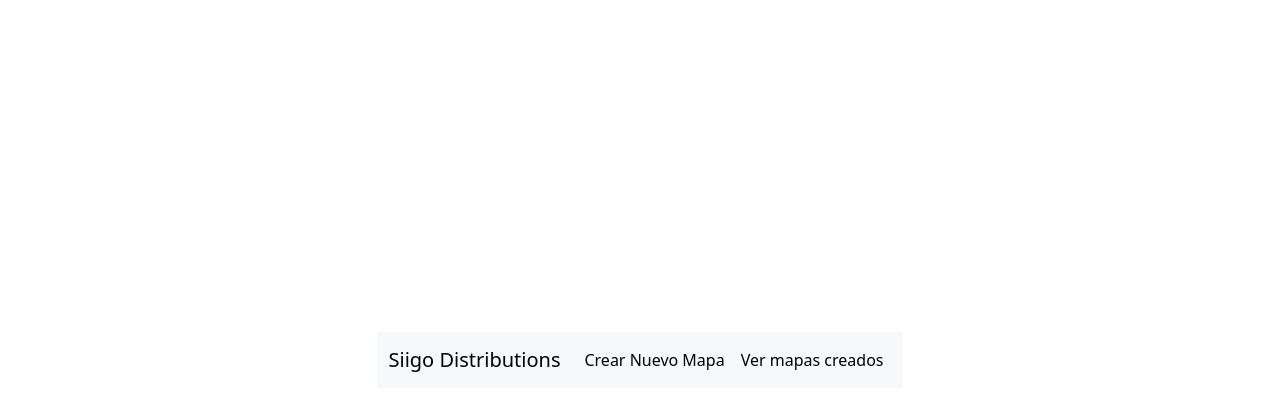
Repository: DevArthuro/Siigo-Distributions
Page: / (app in frontend/)
An editor plug-in stored every save of this project. The page is shown before and after the next save, followed by the edit.
The browser window is 1280 px wide. The pictures show the whole page.
The project was rebuilt for these pictures with package versions that can differ from the ones it lists, and the page was loaded fresh each time. Also part of the build but not shown: frontend/vite.config.js.

Above is the page before, as saved 2023-09-26 11:19:39.

### frontend/src/main.js
import { createApp } from 'vue'
import './style.css'
import App from './App.vue'

// Manage to routes
import routes from './routes'

// Import libraries to bootstrap in the folder node_modules
import 'bootstrap/dist/css/bootstrap.min.css'
import 'bootstrap/dist/js/bootstrap.bundle'


const app = createApp(App)

app.use(routes)

app.mount('#app')

### frontend/src/App.vue
<template>
    <router-view/>
</template>

### frontend/src/routes/index.js
import {createRouter, createWebHistory} from 'vue-router';
import dashboard from '../views/DashBoard.vue';

const routes = [
    {
        path: '/',
        name: 'DashBoard',
        component: dashboard
    },

];

const router = createRouter({
    history: createWebHistory(),
    routes
});

export default router;

### frontend/src/views/DashBoard.vue
<template>
    <navbar/>
</template>

<script setup>

import navbar from '../components/Navbar.vue'

</script>

### frontend/src/components/Navbar.vue
<template>
    <nav class="navbar navbar-expand-lg navbar-light bg-light">
        <div class="container-fluid">
          <a class="navbar-brand" href="#">Siigo Distributions</a>
          <button class="navbar-toggler" type="button" data-bs-toggle="collapse" data-bs-target="#navbarNavAltMarkup" aria-controls="navbarNavAltMarkup" aria-expanded="false" aria-label="Toggle navigation">
            <span class="navbar-toggler-icon"></span>
          </button>
          <div class="collapse navbar-collapse justify-content-end" id="navbarNavAltMarkup">
            <div class="navbar-nav">
              <a class="nav-link active" aria-current="page" href="#">Crear Nuevo Mapa</a>
              <a class="nav-link active" aria-current="page" href="#">Ver mapas creados</a>
            </div>
          </div>
        </div>
      </nav>
</template>

Loaded but not shown: frontend/index.html (common file); frontend/src/style.css (common file)

After the next save:
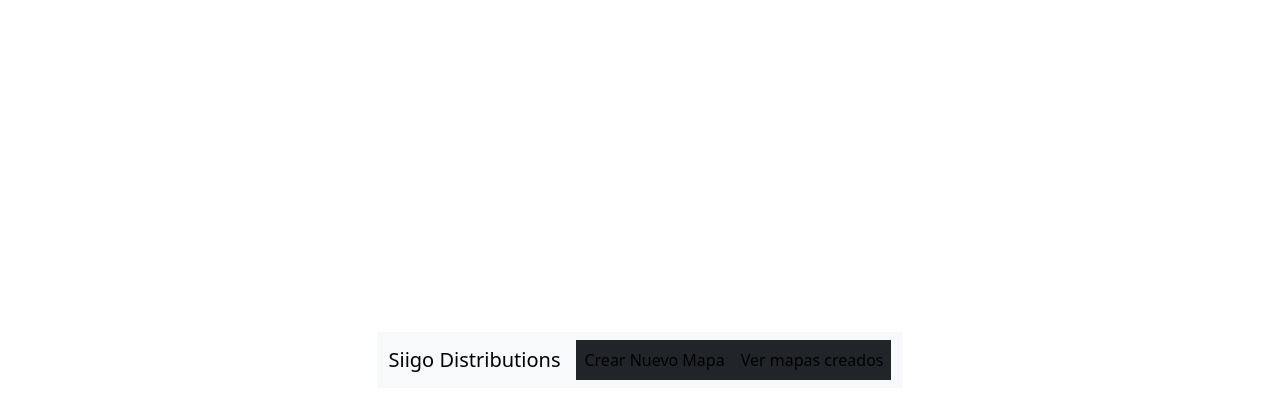
Saved 19 s later.
--- a/frontend/src/components/Navbar.vue
+++ b/frontend/src/components/Navbar.vue
@@ -5,7 +5,7 @@
           <button class="navbar-toggler" type="button" data-bs-toggle="collapse" data-bs-target="#navbarNavAltMarkup" aria-controls="navbarNavAltMarkup" aria-expanded="false" aria-label="Toggle navigation">
             <span class="navbar-toggler-icon"></span>
           </button>
-          <div class="collapse navbar-collapse justify-content-end" id="navbarNavAltMarkup">
+          <div class="collapse navbar-collapse justify-content-end bg-dark" id="navbarNavAltMarkup">
             <div class="navbar-nav">
               <a class="nav-link active" aria-current="page" href="#">Crear Nuevo Mapa</a>
               <a class="nav-link active" aria-current="page" href="#">Ver mapas creados</a>

After the save that followed:
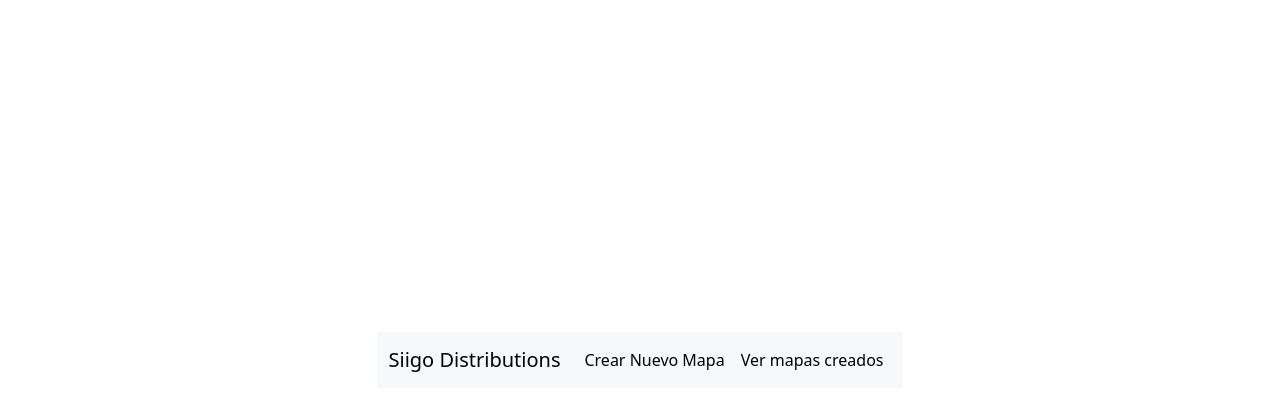
Saved 14 s later.
--- a/frontend/src/components/Navbar.vue
+++ b/frontend/src/components/Navbar.vue
@@ -5,7 +5,7 @@
           <button class="navbar-toggler" type="button" data-bs-toggle="collapse" data-bs-target="#navbarNavAltMarkup" aria-controls="navbarNavAltMarkup" aria-expanded="false" aria-label="Toggle navigation">
             <span class="navbar-toggler-icon"></span>
           </button>
-          <div class="collapse navbar-collapse justify-content-end bg-dark" id="navbarNavAltMarkup">
+          <div class="collapse navbar-collapse justify-content-end" id="navbarNavAltMarkup">
             <div class="navbar-nav">
               <a class="nav-link active" aria-current="page" href="#">Crear Nuevo Mapa</a>
               <a class="nav-link active" aria-current="page" href="#">Ver mapas creados</a>
